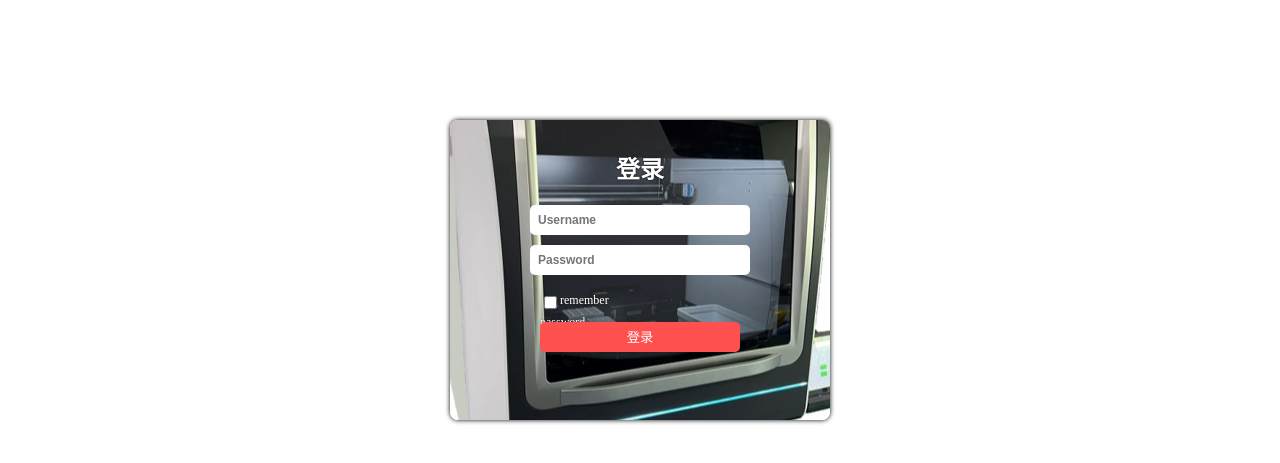
Repository: dnttalk/Ngs_arm1
Page: public/login.html
These files come from the project's save history. The page is drawn as it stood at one moment and after the next save; the edit follows.
The browser window is 1280 px wide. The pictures show the whole page.

Above is the page before, as saved 2023-07-07 14:59:22.

### public/login.html
<!DOCTYPE>
<html>

<head>
    <meta http-equiv="Content-Type" content="text/html; charset=utf-8" />
    <title>Login</title>
    <style>
        #login_div {
            margin: 120px auto;
            width: 380px;
            height: 300px;
            background: rgba(255, 255, 255, 0.2);
            background: url(images/img3.jpg) no-repeat center center;
            border-radius: 8px;
            box-shadow: 0 0 5px #000;
            text-align: center;
            font-family: "幼圆";
            color: #fff;
            text-shadow: 0 0 2px #000;
        }

        .login_input {
            width: 220px;
            height: 30px;
            font-size: 12px;
            border: 0;
            border-radius: 5px;
            margin-top: 10px;
            outline: none;
            position: relative;
            top: 20px;
            padding: 8px;
            color: #ff5000;
            font-weight: bolder;
        }

        #login_div>h2 {
            position: relative;
            top: 30px;
            color: #fff;
        }

        #login {
            width: 200px;
            height: 30px;
            border-radius: 5px;
            color: #fff;
            background: #ff5050;
            border: 0;
            padding: 0;
            cursor: pointer;
            position: relative;
            top: 30px;
        }

        #remember {
            width: 200px;
            height: 30px;
            border: 0;
            margin: auto;
            font-size: 12px;
            padding: 0;
            position: relative;
            top: 30px;
        }

        #remember p {
            margin-top: 5px;
            border: 0;
            padding: 0;
            line-height: 20px;
            height: 20px;
            width: 100px;
            float: left;
            text-shadow: 0 0 1px #333;
            position: relative;
            text-align: left;
            cursor: pointer;
        }

        #login_div a {
            text-shadow: 0 0 1px #000;
            font-size: 12px;
            width: 55px;
            height: 30px;
            position: relative;
            margin-left: 310px;
            margin-top: 70px;
            display: block;
            text-decoration: underline;
            cursor: pointer;
        }
    </style>
</head>

<body>
    <form action="" method="post">
        <div id="login_div">
            <h2>登录</h2>
            <input class="login_input" name="user" id="user" type="text" placeholder="Username" autofocus
                autocomplete="off" />
            <br />
            <input class="login_input" name="pwd" id="pwd" type="password" placeholder="Password" />
            <br />
            <div id="remember">
                <p>
                    <input type="checkbox" style="vertical-align:-5px;" />remember password
                </p>

            </div>
            <input id="login" type="submit" value="登录" />

        </div>
    </form>

</body>
<script>
    var user = document.querySelector("#user")
    var pwd = document.querySelector('#pwd')
    var login = document.querySelector('#login')
    var form = document.querySelector('form')
    login.onclick = function (e) {
        if (user.value === '' || pwd.value === '') {
            e.preventDefault()
            alert("Username and password are required......")
        } else {
            form.action = '/users/login'
        }
    }
</script>

</html>

After the next save:
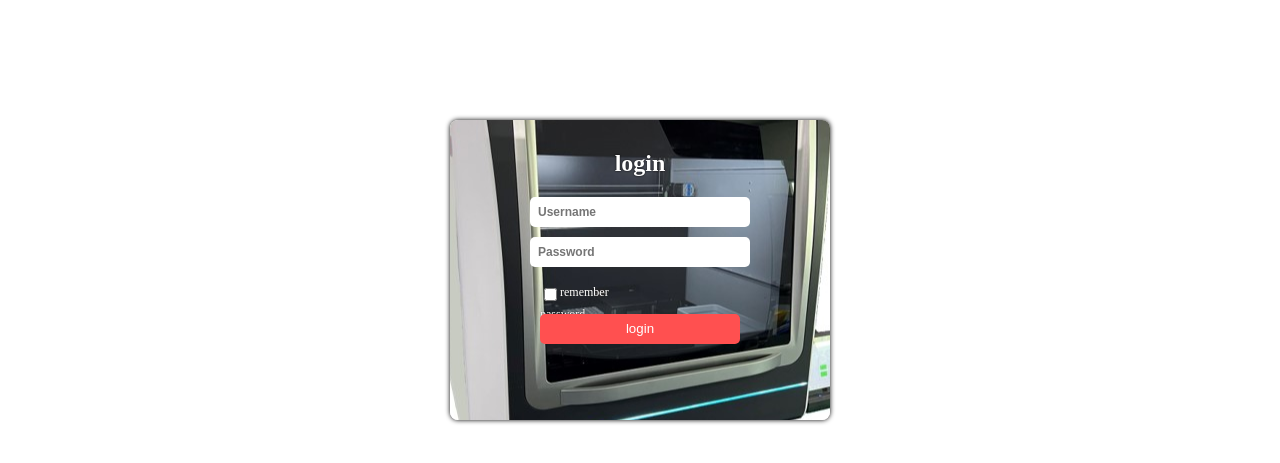
Saved 32 s later.
--- a/public/login.html
+++ b/public/login.html
@@ -96,7 +96,7 @@
 <body>
     <form action="" method="post">
         <div id="login_div">
-            <h2>登录</h2>
+            <h2>login</h2>
             <input class="login_input" name="user" id="user" type="text" placeholder="Username" autofocus
                 autocomplete="off" />
             <br />
@@ -108,7 +108,7 @@
                 </p>
 
             </div>
-            <input id="login" type="submit" value="登录" />
+            <input id="login" type="submit" value="login" />
 
         </div>
     </form>
